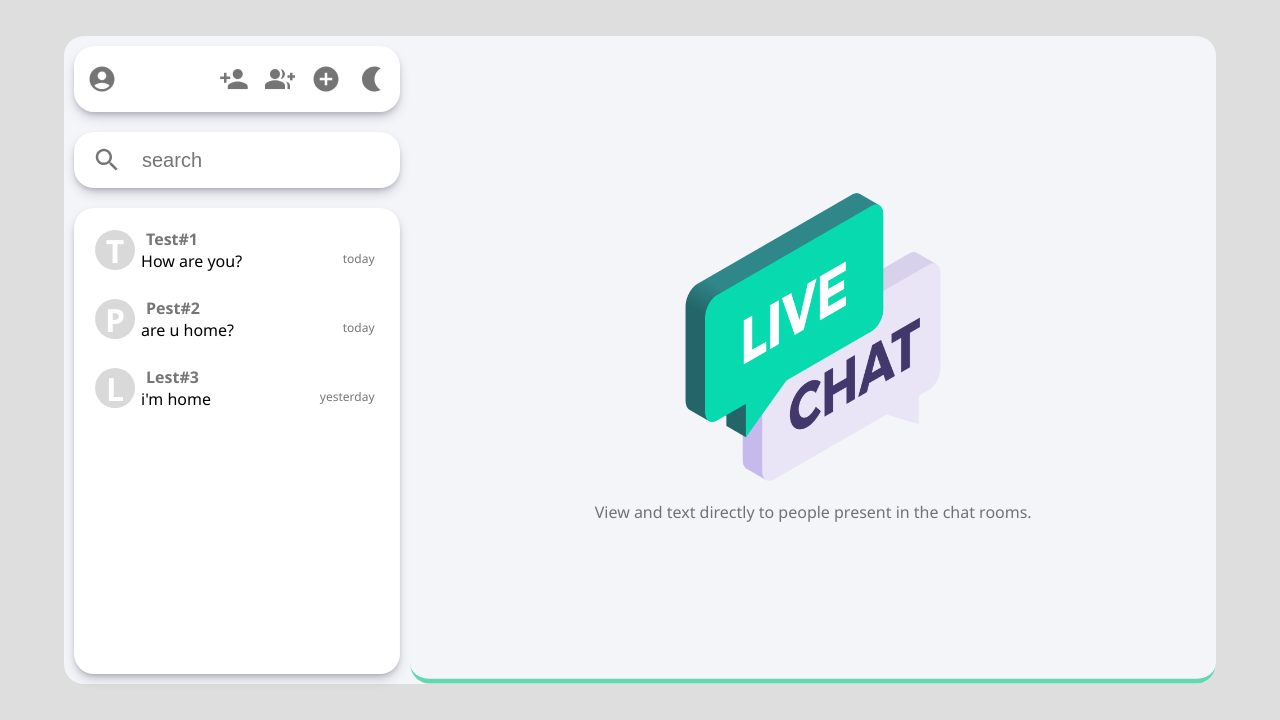
Repository: fatemesoleymanian/chat-app-mern
Page: /inbox/welcome (app in Client/)
An editor plug-in stored every save of this project. The page is shown before and after the next save, followed by the edit.
The browser window is 1280 px wide. The pictures show the whole page.
The project was rebuilt for these pictures with package versions that can differ from the ones it lists, and the page was loaded fresh each time. Also part of the build but not shown: Client/src/Styles/login.css, Client/src/Pages/Auth/Login.tsx, Client/src/Components/MyMessages.tsx, Client/src/Components/OthersMessages.tsx, Client/src/Components/Layout/ChatBar.tsx, Client/src/Styles/users-groups.css, Client/src/Pages/Users.tsx, Client/src/Pages/Groups.tsx and 1 more.

Above is the page before, as saved 2023-05-30 21:58:51.

After the next save:
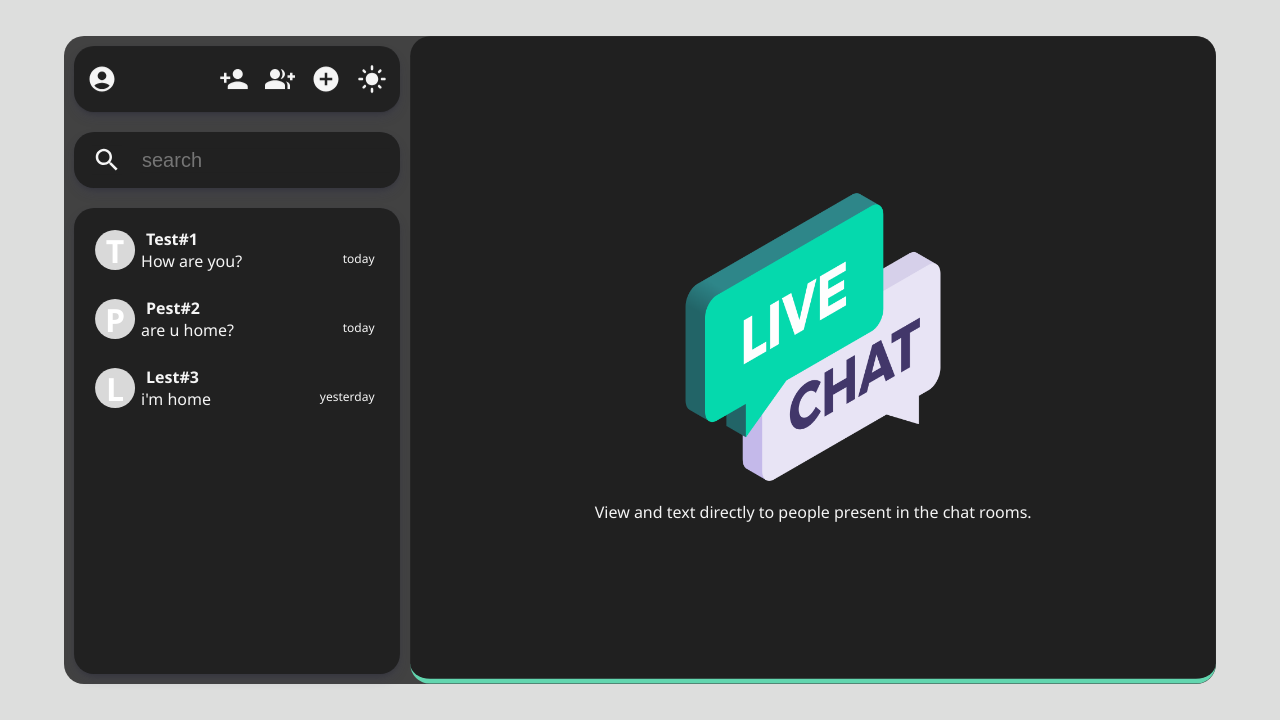
Saved 111 s later.
--- a/Client/src/Feature/themeSlice.js
+++ b/Client/src/Feature/themeSlice.js
@@ -2,10 +2,9 @@
 export const themeSlice = createSlice(
   {
     name: 'themeSlice',
-    initialState: Boolean(localStorage.getItem('theme')) || true,
+    initialState: Boolean(localStorage.getItem('theme')) ,
     reducers: {
       toggleTheme: (state) => {
-        localStorage.setItem('mm',false)
         return (state = !state);
       }
     }
